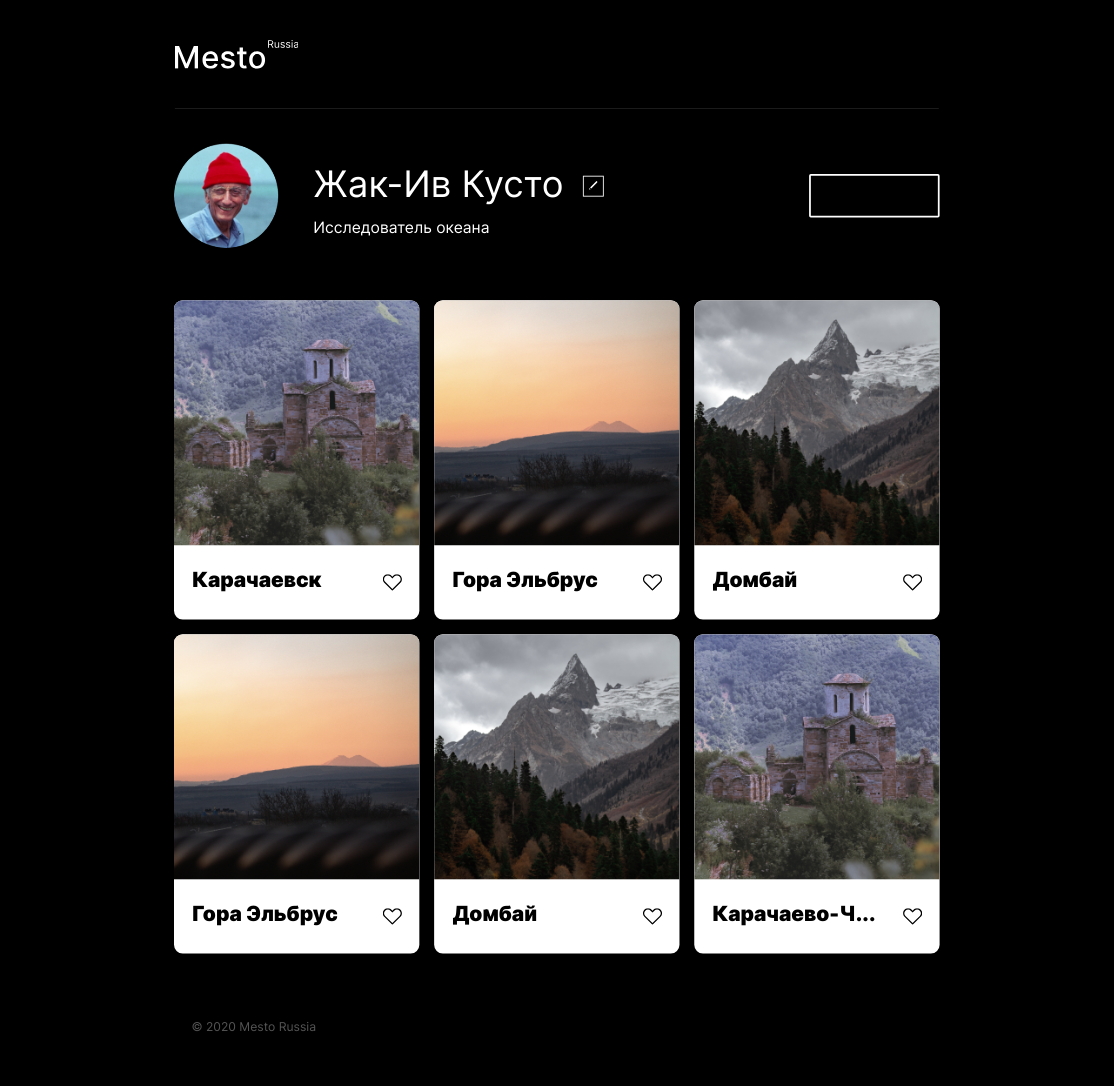
Repository: Ivan2399/mesto-project
Page: index.html
The author's editor kept a copy of each file at every save. The page is drawn from the files as they stood at one save, then again after the next save.
The browser window is 1280 px wide. The pictures show the whole page, at 87% of full size.

Above is the page before, as saved 2021-11-30 17:05:37.

### index.html
<!DOCTYPE html>
<html lang="ru">

<head>
    <meta charset="UTF-8">
    <meta http-equiv="X-UA-Compatible" content="IE=edge">
    <meta name="viewport" content="width=device-width, initial-scale=1.0">
    <link rel="stylesheet" href="./pages/index.css" />
    <title>Mesto</title>
</head>

<body class="root">
    <div class="page">
        <div class="popup ">
            <div class="popup__container">
                <button type="button" class="popup__close"></button>
                <h2 class="popup__title">Редактировать профиль</h2>
                <form name="popup-form" class="popup__forms">
                    <input type="text" class="popup__item" value="Жак-Ив Кусто">
                    <input type="text" class="popup__item" value="Исследователь океана">
                </form>
                <button type="submit" class="popup__button">Сохранить</button>
            </div>

        </div>
        <header class="header">
            <div class="header__container">
                <img class="header__logo" src="images/logo/Vector.svg" alt="Логотип">
            </div>
        </header>
        <main>
            <section class="profile">
                <img class="profile__avatar" src="images/avatar/Avatar.png" alt="Аватарка">
                <div class="profile__info">
                    <h1 class="profile__nickname">Жак-Ив Кусто</h1>
                    <p class="profile__hobbyname ">Исследователь океана</p>
                </div>
                <button type="button" class="profile__edit"><img src="images/buttons/pen.svg"
                        alt="редактирование"></button>
                <button type="button" class="profile__add"></button>
            </section>
            <section class="table">
                <div class="table__container">
                    <article class="table__card">
                        <img class="table__image" src="images/table/Karachaevsk.png" alt="Крепость">
                        <div class="table__card-text">
                            <h2 class="table__title">Карачаевск</h2>
                            <button type="button" class="table__button table__button_active"></button>
                        </div>
                    </article>
                    <article class="table__card">
                        <img class="table__image" src="images/table/Mountain.png" alt="Гора Эльбрус">
                        <div class="table__card-text">
                            <h2 class="table__title">Гора Эльбрус</h2>
                            <button type="button" class="table__button table__button_active"></button>
                        </div>
                    </article>
                    <article class="table__card">
                        <img class="table__image" src="images/table/Dombay.png" alt="Домбай">
                        <div class="table__card-text">
                            <h2 class="table__title">Домбай</h2>
                            <button type="button" class="table__button table__button_active"></button>
                        </div>
                    </article>
                    <article class="table__card">
                        <img class="table__image" src="images/table/Mountain.png" alt="Крепость">
                        <div class="table__card-text">
                            <h2 class="table__title">Гора Эльбрус</h2>
                            <button type="button" class="table__button table__button_active"></button>
                        </div>
                    </article>
                    <article class="table__card">
                        <img class="table__image" src="images/table/Dombay.png" alt="Крепость">
                        <div class="table__card-text">
                            <h2 class="table__title">Домбай</h2>
                            <button type="button" class="table__button table__button_active"></button>
                        </div>
                    </article>
                    <article class="table__card">
                        <img class="table__image" src="images/table/Karachaevsk.png" alt="Крепость">
                        <div class="table__card-text">
                            <h2 class="table__title">Карачаево-Ч...</h2>
                            <button type="button" class="table__button table__button_active"></button>
                        </div>
                    </article>
                </div>
            </section>
        </main>
        <footer class="footer">
            <p class="footer__logo">© 2020 Mesto Russia</p>
        </footer>
    </div>
</body>

</html>

### pages/index.css
@import url(../fonts/fonts.css);
@import url(../blocks/root/root.css);
@import url(../blocks/page/page.css);

/* header */

@import url(../blocks/header/header.css);
@import url(../blocks/header/__container/header__container.css);
@import url(../blocks/header/__logo/header__logo.css);

/* profile */

@import url(../blocks/profile/profile.css);
@import url(../blocks/profile/__avatar/profile__avatar.css);
@import url(../blocks/profile/__add/profile__add.css);
@import url(../blocks/profile/__edit/profile__edit.css);
@import url(../blocks/profile/__hobbyname/profile__hobbyname.css);
@import url(../blocks/profile/__nickname/profile__nickname.css);
@import url(../blocks/profile/__button/profile__button.css);
@import url(../blocks/profile/__info/profile__info.css);

/* table */

@import url(../blocks/table/table.css);
@import url(../blocks/table/__button/table__button.css);
@import url(../blocks/table/__card/table__card.css);
@import url(../blocks/table/__container/table__container.css);
@import url(../blocks/table/__image/table__image.css);
@import url(../blocks/table/__title/table__title.css);
@import url(../blocks/table/__button/_active/table__button_active.css);
@import url(../blocks/table/__card-text/table__card-text.css);

/* footer */

@import url(../blocks/footer/footer.css);
@import url(../blocks/footer/__logo/footer__logo.css);

/* popup */

@import url(../blocks/popup/popup.css);
@import url(../blocks/popup/__container/popup__container.css);
@import url(../blocks/popup/__forms/popup__forms.css);
@import url(../blocks/popup/__item/popup__item.css);
@import url(../blocks/popup/__button/popup__button.css);
@import url(../blocks/popup/__title/popup__title.css);
@import url(../blocks/popup/__close/popup__close.css);
@import url(../blocks/popup/_opened/popup_opened.css);

### fonts/fonts.css
@font-face {
  font-family: "Inter";
  font-style: normal;
  font-weight: 900;
  src: url(./__inter/static/Inter-Black.woff) format("woff");
}
@font-face {
  font-family: "Inter";
  font-style: normal;
  font-weight: 700;
  src: url(./__inter/static/Inter-Medium.woff2) format("woff2"),
    url(./__inter/static/Inter-Medium.woff) format("woff");
}
@font-face {
  font-family: "Inter";
  font-style: normal;
  font-weight: 400;
  src: url(./__inter/static/Inter-Regular.ttf) format("truetype"),
    url(./__inter/static/Inter-Regular.woff) format("woff");
}

### blocks/root/root.css
.root {
  background-color: #000000;
  margin: 0;
  padding: 0;
  font-family: "Inter", Arial, Helvetica, sans-serif;
}

### blocks/page/page.css
.page {
  position: relative;
  max-width: 1280px;
  margin: auto;
  color: white;
}

### blocks/header/header.css
.header{
    display: grid;
}

### blocks/header/__container/header__container.css
.header__container {
  margin: 0 15.7% 0 15.7%;
  max-width: 880px;
  border-bottom: 1px solid rgba(54, 54, 54, 0.7);
}
@media screen and (min-width: 300px) and (max-width: 900px) {
  .header__container {
    margin: 0;
  }
}

### blocks/header/__logo/header__logo.css
.header__logo{
    margin: 5.2% 0 4.7% 0;
}
@media screen and (min-width:300px) and (max-width:900px){
    .header__logo{
        margin: 28px 0 31.6px 27px;
        width:103.74px;
        height:24.24px;
    }
}

### blocks/profile/profile.css
.profile {
  display: grid;
  grid-template-columns: 1fr 340px 1fr 1fr 1fr;
  margin: 40px auto 51px auto;
  max-width: 880px;
}
@media screen and (min-width: 250px) and (max-width: 900px) {
  .profile {
    justify-items: center;
    grid-template-columns: 289px;
    grid-template-rows: 120px 120px 50px;
    justify-content: center;
    margin: 38.25px auto 36px auto;
  }
}

### blocks/profile/__avatar/profile__avatar.css
.profile__avatar{
  max-width:120px;
  max-height:120px;
  border-radius: 50%;
  object-fit: cover;
}

### blocks/profile/__add/profile__add.css
.profile__add {
  padding: 0;
  width: 150px;
  height: 50px;
  margin-top: 35px;

  grid-column: 5;

  background-size: cover;
  background-color: black;
  background-size: cover;

  border: 2px solid #ffffff;
  border-radius: 2px;

  cursor: pointer;
}
.profile__add:hover {
  opacity: 0.6;
}
@media screen and (min-width: 250px) and (max-width: 900px) {
  .profile__add {
    margin: 0;
    width: 282px;
    height: 50px;

    grid-column: 1;
    grid-row: 3;
  }
}

### blocks/profile/__edit/profile__edit.css
.profile__edit {
  padding: 0;
  margin-top: 37px;

  background-size: cover;
  background-color: black;
  border: 1px solid #ffffff;
  box-sizing: border-box;

  width: 24px;
  height: 24px;
  cursor: pointer;
}
.profile__edit:hover {
  opacity: 0.6;
}
@media screen and (min-width: 300px) and (max-width: 900px) {
  .profile__edit {
    grid-column: 1/1;
    grid-row: 2/2;
    margin-top: 30.25px;
    margin-right:28px;
    width: 18px;
    height: 18px;
    justify-self: flex-end;
  }
}

### blocks/profile/__hobbyname/profile__hobbyname.css
.profile__hobbyname {
  margin:0 0 0 30px;
  font-style: normal;
  font-weight: normal;
  font-size: 18px;
  line-height: 22px;

  text-overflow: ellipsis;
  max-width: 286px;
  overflow: hidden;
  white-space: nowrap;
}
@media screen and (min-width: 250px) and (max-width: 900px) {
  .profile__hobbyname {
    font-size: 14px;
    line-height: 17px;
    margin: 0 0 36px 0;

    max-width: 200px;
  }
}

### blocks/profile/__nickname/profile__nickname.css
.profile__nickname {
  margin: 22px 0 16px 30px;
  font-style: normal;
  font-weight: 500;
  font-size: 42px;
  line-height: 48px;

  text-overflow: ellipsis;
  max-width: 296px;
  overflow: hidden;
  white-space: nowrap;
}
@media screen and (min-width: 250px) and (max-width: 900px) {
  .profile__nickname {
    margin: 22.25px 10px 14px 0;
    font-size: 27px;
    line-height: 33px;

    max-width: 200px;
  }
}

### blocks/profile/__button/profile__button.css
.profile__button {
  display: flex;
  grid-column: 5;
  justify-self: center;
}
@media screen and (min-width: 250px) and (max-width: 900px){
  .profile__button{
    grid-column: 1;
    grid-row: 3;
  }
}

### blocks/profile/__info/profile__info.css
.profile__info {
  display: flex;
  max-width: 360px;
  flex-direction: column;

}
@media screen and (min-width: 250px) and (max-width: 900px) {
  .profile__info {
    max-width: 282px;
    align-items: center;
    grid-column: 1/1;
    grid-row:2/2;
  }
}

### blocks/table/table.css
.table{
    display: grid;
    max-width:1000px;
    margin:4% auto 0;
}

### blocks/table/__button/table__button.css
.table__button {
  width: 22px;
  height: 19px;
  margin: 30px 20px 30px 0;

  background-image: url(../../../images/table/heart.svg);
  background-size: cover;
  border: 0;
  background-color: white;

  cursor: pointer;

}
.table__button:hover {
  opacity: 0.5;
}

### blocks/table/__card/table__card.css
.table__card{
    max-width: 282px;
    background-color: white;
    border-radius: 10px;
    margin: 8.5px;
    display: flex;
    flex-direction: column;
}

### blocks/table/__container/table__container.css
.table__container {
    display: flex;
    flex-wrap: wrap;
    justify-content: center;
  /* display: grid;
  grid-template-columns: repeat(3, 33.33%);
  justify-items: center;
  gap: 2%; */
}
/* @media screen and (min-width: 300px) and (max-width: 500px) {
  .table__container {
    display: flex;
    flex-direction: column;
    align-items: center;
  }
} */

### blocks/table/__image/table__image.css
.table__image{
    width: 282px;
    height: 282px;
    border-radius: 10px 10px 0 0 ;
    object-fit: cover;
}

### blocks/table/__title/table__title.css
.table__title {
  margin: 25px 0 31px 21px;
  font-style: normal;
  font-weight: 900;
  font-size: 24px;
  line-height: 29px;

  text-overflow: ellipsis;
  max-width: 200px;
  overflow: hidden;
  white-space: nowrap;

  color: #000000;
}

### blocks/table/__button/_active/table__button_active.css
.table__button_active:active{
    background-image: url(../../../../images/buttons/Union.png);
    color: black;
    opacity: 1;
}

### blocks/table/__card-text/table__card-text.css
.table__card-text{
    width: 100%;
    max-height: fit-content;
    margin: auto;
    display: flex;
    justify-content: space-between;
    align-items: center;
}

### blocks/footer/footer.css
.footer{
    max-width: 840px;
    margin:67px auto 60px;
}
@media screen and (min-width: 250px) and (max-width: 800px){
    .footer{
        max-width: 282px;
        margin:46px 19px 34px 19px;
    }
}

### blocks/footer/__logo/footer__logo.css
.footer__logo {
  font-style: normal;
  font-weight: normal;
  font-size: 14px;
  line-height: 17px;
  margin: 0;
  color: #545454;
}

### blocks/popup/popup.css
.popup {
  position: fixed;
  display: none;
  width: 100%;
  max-width: 1280px;
  height: 100%;
  min-height: 720px;
  background-color: rgba(0, 0, 0, 0.5);
  flex-wrap: wrap;
  justify-content: center;
  align-items: center;
}

### blocks/popup/__container/popup__container.css
.popup__container {
  display: flex;
  flex-direction: column;
  max-width: 430px;
  max-height: 330px;
  background: #ffffff;
  box-shadow: 0px 0px 25px rgba(0, 0, 0, 0.15);
  border-radius: 10px;
}
@media screen and (min-width: 250px) and (max-width: 800px) {
  .popup__container {
    justify-content: center;
    max-width: 282px;
    max-height: 322px;
  }
}

### blocks/popup/__forms/popup__forms.css
.popup__forms {
  padding: 0 36px 0 36px;
  border: 0;
}
@media screen and (min-width: 250px) and (max-width: 800px){
  .popup__forms{
    padding: 0 22px 0 22px;
  }
}

### blocks/popup/__item/popup__item.css
.popup__item {
  border: 0;
  width: 100%;
  height: 24px;
  box-sizing: border-box;
  border-bottom: 1px solid #bcbcc4;
  background-color: transparent;
  margin: 30px 0 0 0;
  color:black
}
@media screen and (min-width: 250px) and (max-width: 800px) {
  .popup__item {
    min-width: 238px;
  }
}

### blocks/popup/__button/popup__button.css
.popup__button {
  width: 358px;
  height: 50px;
  margin: 48px 36px 37px 36px;
  border-radius: 2px;
  background-color: black;
  border: 0;
  color: white;
  font-style: normal;
  font-weight: normal;
  font-size: 18px;
  line-height: 22px;
  text-align: center;

  cursor: pointer;
}
.popup__button:hover {
  opacity: 0.8;
}
@media screen and (min-width: 250px) and (max-width: 800px) {
  .popup__button {
    object-fit: cover;
    margin: 45px 22px 25px 22px;
    width: 238px;
    height: 46px;

    font-size: 14px;
    line-height: 17px;
  }
}

### blocks/popup/__title/popup__title.css
.popup__title {
  margin: 34px 64px 24px 36px;

  font-style: normal;
  font-weight: 900;
  font-size: 24px;
  line-height: 29px;

  color: #000000;
}
@media screen and (min-width: 250px) and (max-width: 800px) {
  .popup__title {
    margin: 25px 22px 45px 22px;
    font-style: normal;
    font-weight: 900;
    font-size: 18px;
    line-height: 22px;
  }
}

### blocks/popup/__close/popup__close.css
.popup__close {
  position: absolute;

  background-image: url(../../../images/popup/Close\ Icon.svg);
  background-color: rgba(255, 255, 255, 0);
  background-size: cover;
  border: 0;

  cursor: pointer;

  width: 32px;
  height: 32px;
  top: -11%;
  left: 101%;
}
.popup__close:hover {
  opacity: 0.6;
}
@media screen and (min-width: 250px) and (max-width: 800px) {
  .popup__close {
    width: 20px;
    height: 20px;
    top: -10%;
    left: 93%;
  }
}

### blocks/popup/_opened/popup_opened.css
.popup_opened {
  display: flex;
}
@media screen and (min-width: 340px) and (max-width: 1000px) {
  .popup_opened {
    display: none;
  }
}

After the next save:
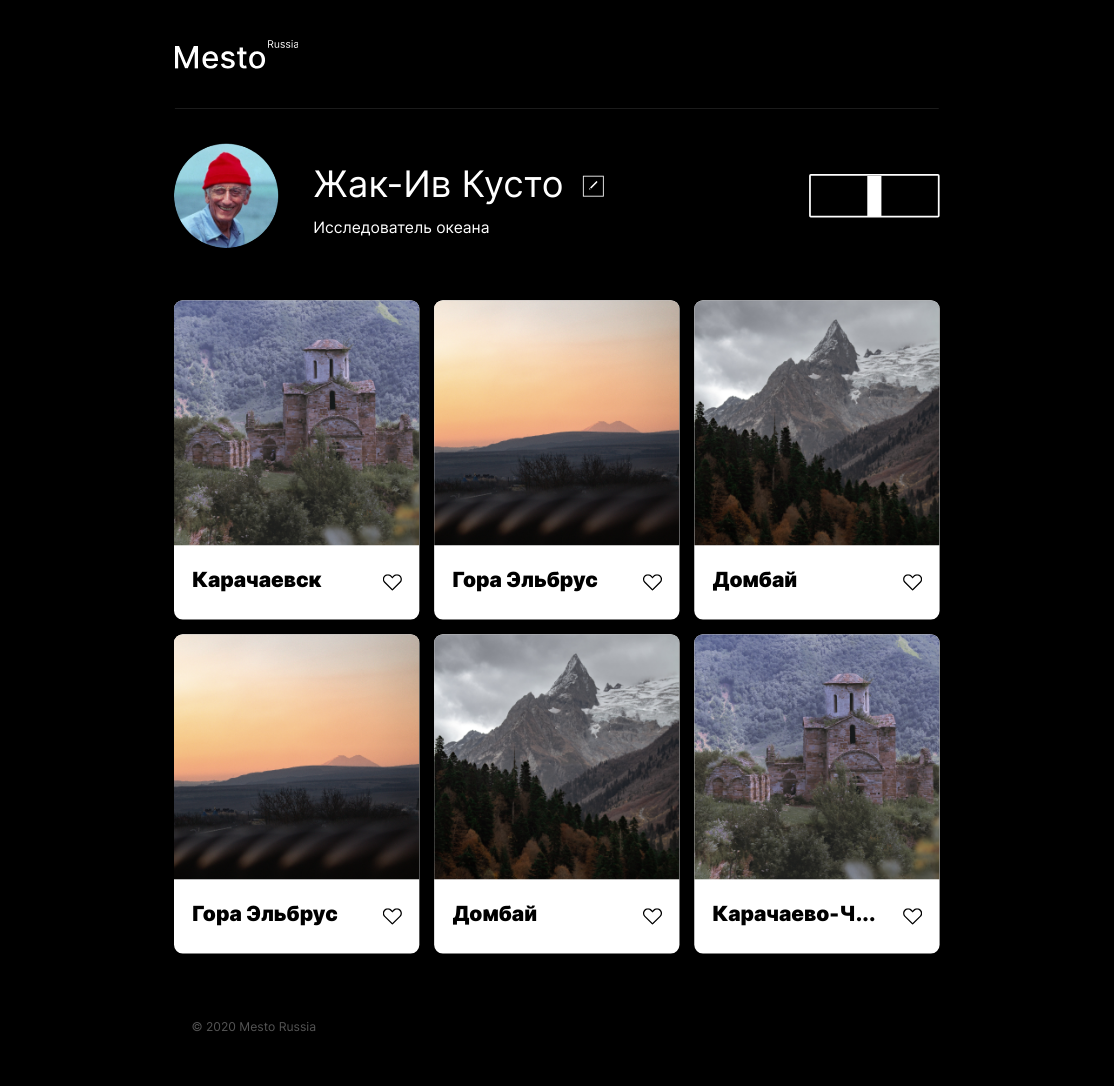
Saved 46 s later.
--- a/blocks/profile/__add/profile__add.css
+++ b/blocks/profile/__add/profile__add.css
@@ -5,7 +5,7 @@
   margin-top: 35px;
 
   grid-column: 5;
-
+  background-image: url(../../../images/buttons/plus.svg);
   background-size: cover;
   background-color: black;
   background-size: cover;

After the 3 saves that followed:
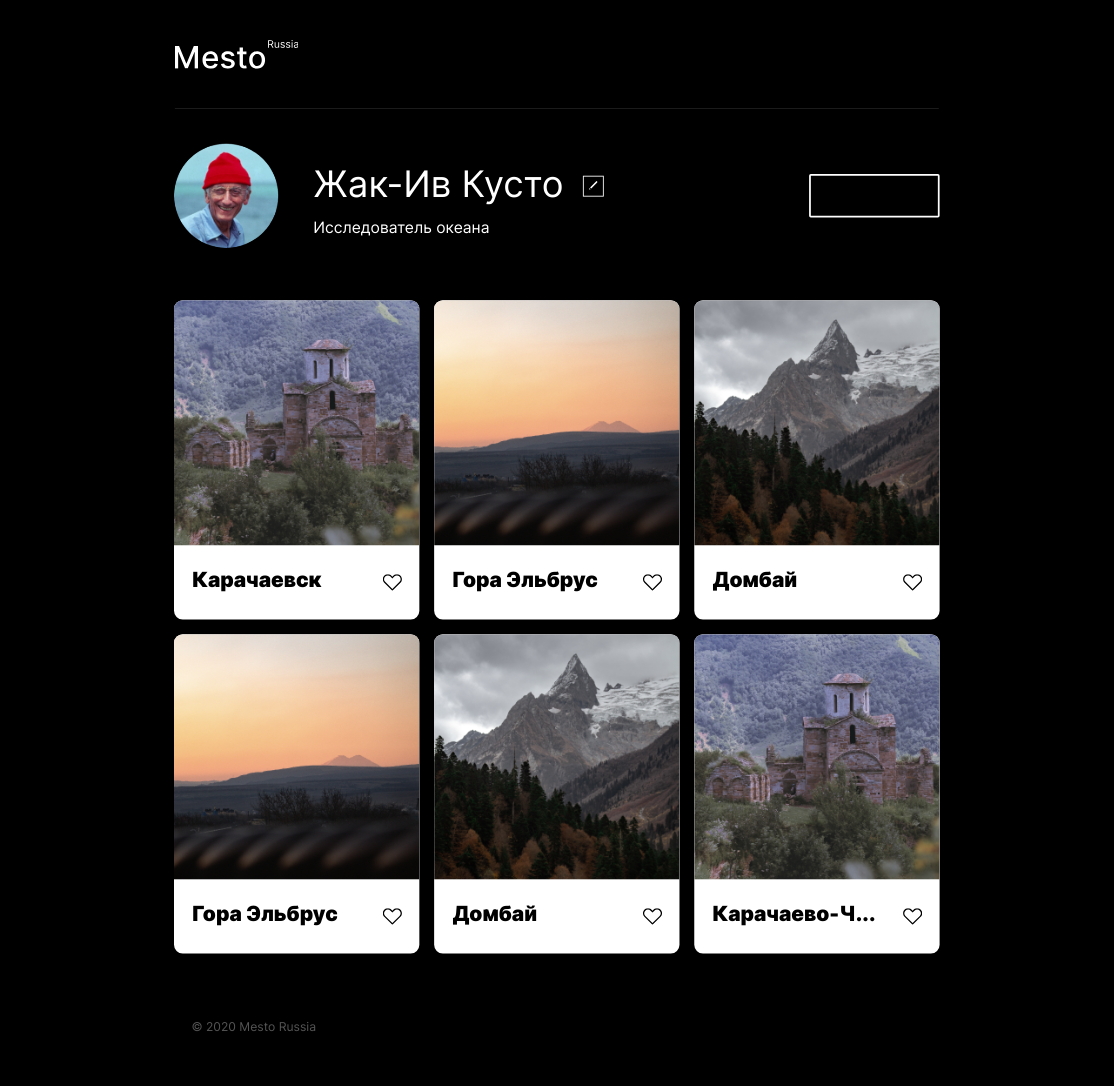
The 3 saves are shown as one change because 2 left the picture as it was.
The last was saved 96 s later.
--- a/blocks/profile/__add/profile__add.css
+++ b/blocks/profile/__add/profile__add.css
@@ -5,8 +5,7 @@
   margin-top: 35px;
 
   grid-column: 5;
-  background-image: url(../../../images/buttons/plus.svg);
-  background-size: cover;
+
   background-color: black;
   background-size: cover;
 
